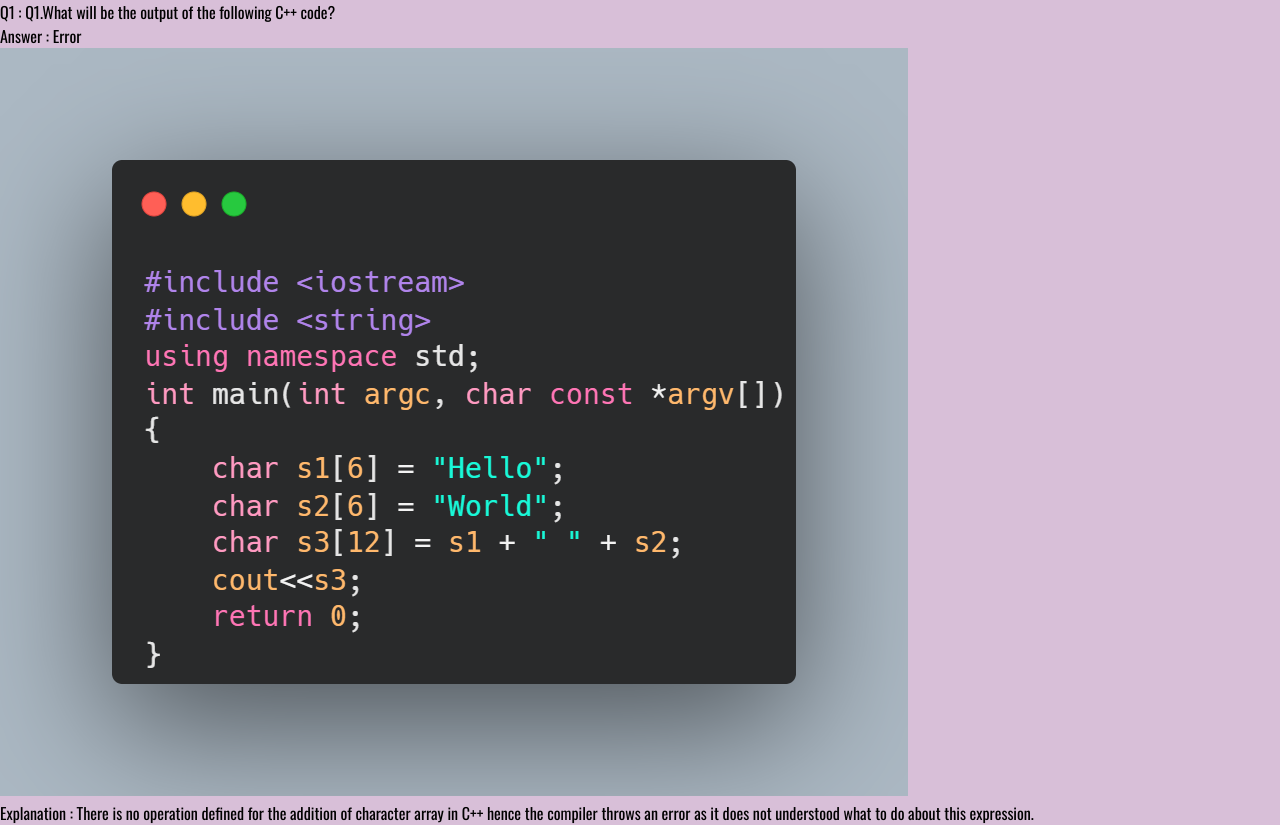
Repository: abdelrahmanahmed20021/Quiz-Platform
Page: info.html
These files come from the project's save history. The page is drawn as it stood at one moment and after the next save; the edit follows.
The browser window is 1280 px wide. The pictures show the whole page.

Above is the page before, as saved 2023-01-11 18:07:29.

### info.html
<!DOCTYPE html>
<html lang="en">

    <head>
        <!-- ======== Meta =========== -->
        <meta charset="UTF-8">
        <meta http-equiv="X-UA-Compatible" content="IE=edge">
        <meta name="viewport" content="width=device-width, initial-scale=1.0">
        <title>Question || Platform</title>
        <!-- ======== Links =========== -->
        <link rel="stylesheet" href="./styles/index.css">
        <link rel="stylesheet" href="./styles/responsive.css">
        <style>
            .info-answers{
                background-color: thistle;
            }
        </style>
        <!-- ======== Links =========== -->
    </head>
    <body>
       <ul class="info-answers">
         <li>Q1 : Q1.What will be the output of the following C++ code?</li>
         <li>Answer : Error</li>
         <li><img src="../assets/code/1.png" alt=""></li>
         <li>Explanation :  There is no operation defined for the addition of character array in C++ hence the compiler throws an error as it does not understood what to do about this expression.</li>
       </ul>
    </body>
</html>

### styles/index.css
/* ========= Import || Font ||  ========= */
@import url('https://fonts.googleapis.com/css2?family=Oswald:wght@200;300;400;500;600;700&display=swap');
/* ========= Import || Font ||  ========= */




/* ========= Set || Variables ||  ========= */
:root {
    --mainColor: #192a56;
    --primaryColor: #273c75;
    --lightColor: #00a8ff;
    --greenColor: #e1b12c;
    --redColor: #487eb0;
    --mainFont: 'Oswald', sans-serif;
    --mainPadding: 40px;
    --primaryPadding: 20px;
    --mainFontSize: 1.2rem;
    --primaryFontSize: .72rem;
    --mainFontWigth: 500;
    --primaryFontWigth: 700;
}

/* ========= Set || Variables ||  ========= */




/* ========= Golbal || Styles ||  ========= */
*>*,
*::after,
*::before {
    padding: 0;
    margin: 0;
    box-sizing: border-box;
    transition: all .5s ease-in-out;
    user-select: none;
    user-zoom: none;
    -webkit-user-drag: none;
}

body {
    background-color: var(--mainColor);
    font-family: var(--mainFont);
}

.flex {
    display: flex;
    align-items: center;
    justify-content: center;
}

.box {
    height: 50%;
}

.border {
    border: 2px solid var(--lightColor);
    border-radius: 10px;
}

.hover:hover {
    background-color: var(--lightColor) !important;
    color: var(--primaryColor) !important;
}

.hover_min_width:active {
    background-color: var(--lightColor) !important;
    color: var(--primaryColor) !important;
}

::-webkit-scrollbar {
    width: 5px;
}

::-webkit-scrollbar-thumb {
    background-color: var(--greenColor);
    border-radius: 10px;
}

/* ========= Golbal || Styles ||  ========= */



/* ========= Main || ElE || Styles ||  ========= */
body>section {
    display: flex;
    height: 100vh;
    padding: 30px;
}

body>section .container_1 {
    width: 70%;
    height: 100%;
}

body>section .container_2 {
    width: 30%;
    height: 100%;
    overflow: hidden;
}

body>section .container_1 .start_btn {
    height: 35%;
    gap: 30px;
}

/* ========= Main || ElE || Styles ||  ========= */

/* ========= Audio || Styles ||  ========= */

body>section>.audio_cotroll {
    position: relative;
}

body>section>.audio_cotroll img {
    top: 0;
    left: 0;
    cursor: pointer;
    position: absolute;
    width: 0;
    height: 0;
    opacity: 0;
}

body>section>.audio_cotroll .active {
    opacity: 1;
    z-index: 100;
    width: auto;
    height: auto;
}

/* ========= Audio || Styles ||  ========= */


/* ========= Container || One || Styles ||  ========= */
body>section .container_1 .start_btn button {
    padding: var(--primaryPadding);
    width: 200px;
    border: 0;
    outline: 0;
    border-radius: 10px;
    font-size: var(--mainFontSize);
    background-color: var(--primaryColor);
    color: var(--lightColor);
    cursor: pointer;
    font-weight: var(--mainFontWigth);
}
body>section .container_1 .start_btn button:hover{
    background-color: var(--lightColor);
    color: var(--mainColor);
}
body>section .container_1 .quest_content {
    height: 65%;
    padding: var(--mainPadding) var(--primaryPadding);
}

body>section .container_1 .quest_content .quset_cont {
    position: relative;
    height: 50%;
    font-size: var(--mainFontSize);
    color: var(--lightColor);
    background-color: transparent;
    padding: 90px;
}
body > #poper_img{
    background-color: #466bdb46;
    backdrop-filter: blur(10px);
    position: fixed;
    top: 0;
    bottom: 0;
    left: 0;
    right: 0;
    z-index: 1000;
    display: flex;
    justify-content: center;
    align-items: center;
}

@media screen and (max-width:675px){
    body > #poper_img img{
        width: 85%;
    }
}

@media screen and (min-width:676px) and (max-width:976px){
    body > #poper_img img{
        width: 90%;
    }
}
body > #poper_img span{
    position: absolute;
    top: 20px;
    left: 20px;
    font-size: 2rem;
    cursor: pointer;
    font-weight: bold;
    font-family: sans-serif;
    color: #e1b12c;
}
body>section .container_1 .quest_index {
    padding: 2px 10px;
    font-size: 16px;
    color: var(--lightColor);
}

body>section .container_1 .quest_content .answers {
    width: 100%;
    justify-content: center;
    flex-wrap: wrap;
}

body>section .container_1 .quest_content .answers span {
    width: 46%;
    margin: 5px;
    min-height: 40px;
    text-align: center;
    padding: 5px 0;
    cursor: pointer;
    color: var(--lightColor);
}


/* ========= Container || One || Styles ||  ========= */




/* ========= Container || Two || Styles ||  ========= */
body>section .container_2 .quest_index_num {
    justify-content: space-between;
    flex-direction: column-reverse;
    min-height: 68%;
    max-height: 68%;
    padding-bottom: 400px;
    margin-bottom: 30px;
    overflow: auto;
}


body>section .container_2 .quest_index_num p {
    display: block;
    width: 100%;
    text-align: center;
    color: var(--primaryColor);
}

body>section .container_2 .quest_index_num .correct_answer {
    background-color: transparent !important;
    color: var(--greenColor) !important;
}

body>section .container_2 .quest_index_num .falsey_answer {
    background-color: transparent !important;
    color: var(--primaryColor) !important;
}

body>section .container_2 .icons_helper {
    justify-content: space-evenly;
    height: 20%;
}

body>section .container_2 .icons_helper .remove_2 {
    width: 80px;
    height: 80px;
    cursor: pointer;
    color: var(--lightColor);
}

body>section .container_2 .icons_helper .google {
    cursor: pointer;
    width: 80px;
    height: 80px;
}

/* ========= Container || Two || Styles ||  ========= */

/* ========= Actives || Class || Styles ||  ========= */
.active_point_quest {
    color: var(--lightColor) !important;
    font-weight: var(--primaryFontWigth);
    font-size: var(--mainFontSize);
}

.falsey_answer {
    background-color: var(--redColor) !important;
    color: var(--lightColor) !important;
}
.falsey_answer_p{
    color: red !important;
}
.correct_answer {
    background-color: var(--greenColor) !important;
    color: var(--lightColor) !important;
}

.hidde_animate_btn {
    transform: scale(0);
    width: 0;
}
.poper_appender{
    color: #00a8ff;
}
.hide_poper{
    display: none !important;
}
.description_hidde{
    display: none;
}
/* ========= Actives || Class || Styles ||  ========= */

### styles/responsive.css
/* ===========  Tablets || Sizes  =============== */
/* =============== Sm ================ */
@media screen and (min-width:360px) and (max-width:960px) {
    :root {
        --mainPadding: 20px;
        --primaryPadding: 10px;
        --mainFontSize: 1rem;
        --mainFontWigth: 400;
        --primaryFontWigth: 500;
    }

    body>section {
        flex-direction: column;
        padding: 20px 10px;
    }

    body>section .container_1 {
        width: 100%;
        height: 70%;

    }

    body>section .container_1 .start_btn {
        height: 20%;
    }

    body>section .container_2 {
        width: 100%;
        height: 30%;
    }

    body>section .container_2 .quest_index_num {
        min-height: 58%;
        max-height: 58%;
        padding-bottom: 0;
        padding-left: 400px;
    }

    body>section .container_2 .icons_helper {
        justify-content: space-between;
    }

    body>section .container_1 .quest_content .quset_cont {
        padding: 40px;
    }

    body>section .container_1 .quest_content .answers span {
        font-size: var(--primaryFontSize);
        font-weight: var(--primaryFontWigth);
    }

    body>section .container_2 .icons_helper .remove_2 {
        width: 60px;
        height: 60px;
    }

    body>section .container_2 .icons_helper .google {
        width: 60px;
        height: 60px;
    }

}

/* =============== Sm ================ */
/* ===========  Tablets || Sizes  =============== */

After the next save:
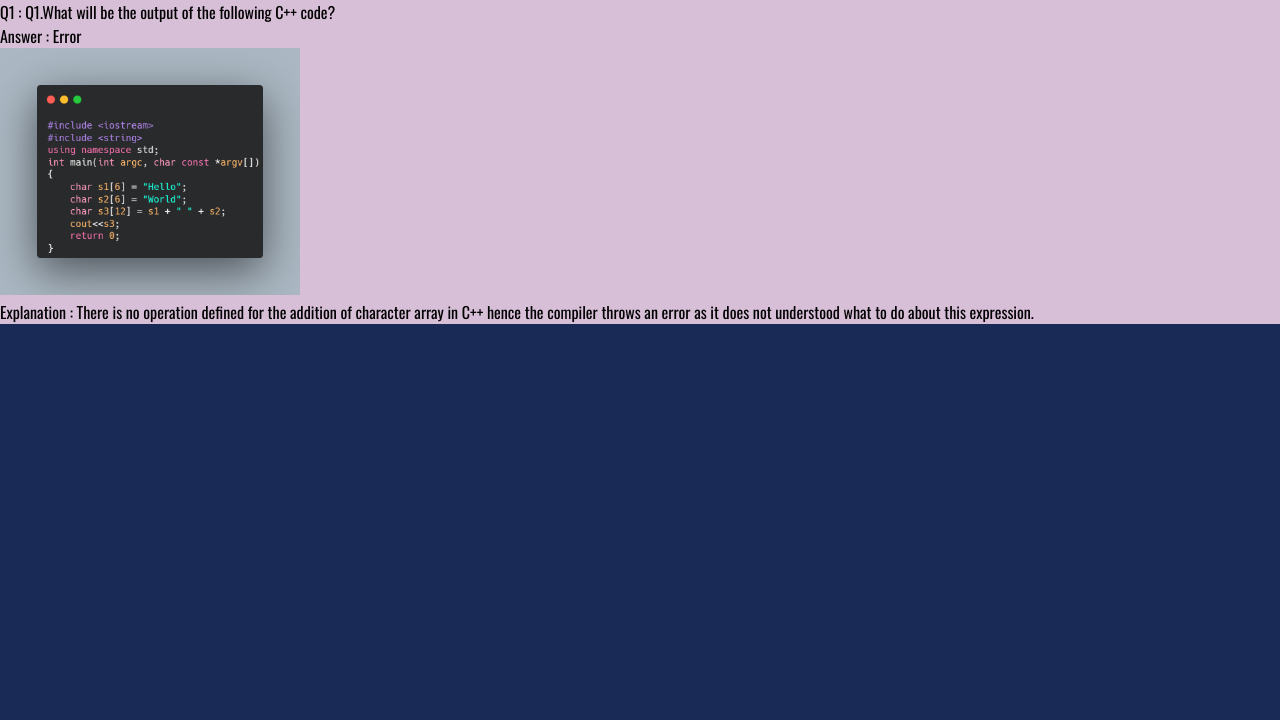
Saved 13 s later.
--- a/info.html
+++ b/info.html
@@ -14,6 +14,9 @@
             .info-answers{
                 background-color: thistle;
             }
+            .info-answers li img{
+                width: 300px;
+            }
         </style>
         <!-- ======== Links =========== -->
     </head>
